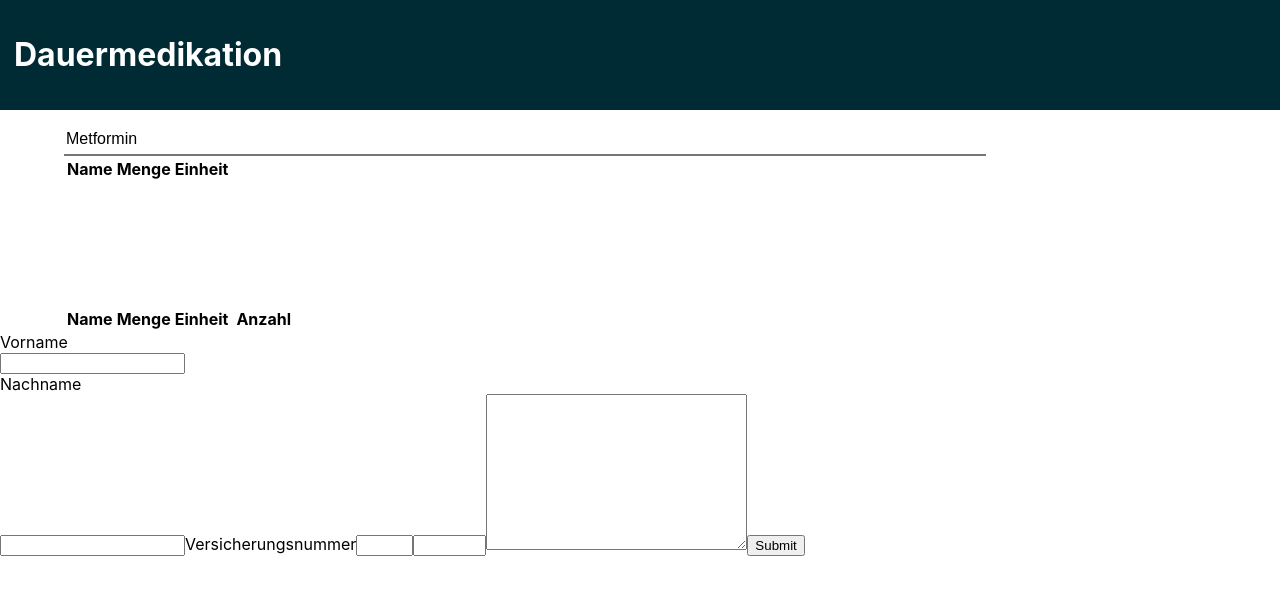
Repository: Esatollah/MedDemo
Page: / (app in client/)
The author's editor kept a copy of each file at every save. The page is drawn from the files as they stood at one save, then again after the next save.
The browser window is 1280 px wide. The pictures show the whole page.
The page's requests for data from a server got no answer. The project was rebuilt for these pictures with package versions that can differ from the ones it lists, and the page was loaded fresh each time. No one was signed in, and anything a server would have sent is missing. Also part of the build but not shown: client/src/App.css, client/src/Routes/Bestellungen.jsx.

Above is the page before, as saved 2022-06-10 10:24:12.

After the next save:
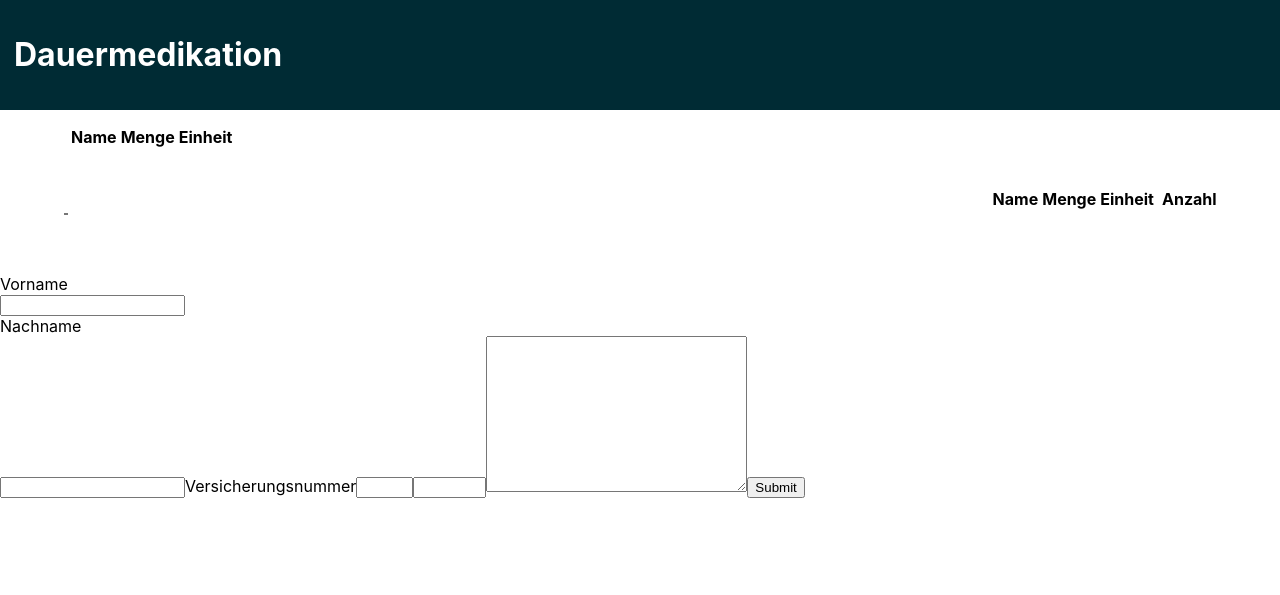
Saved 18 min 6 s later.
--- a/client/src/Styles/SearchStyles.js
+++ b/client/src/Styles/SearchStyles.js
@@ -34,10 +34,20 @@ export const SearchWrap = styled.div`
 .search-container {
     width: 90%;
     min-width: 90%;
+
+    @media(min-width: 800px) {
+        display:flex;
+        flex-flow: row nowrap;
+        align-items: center;
+
+    }
     .table-container {
         width :100%;
         height: 150px;
 
+         @media(min-width: 800px) {
+             width: 40%;
+         }
     }
 
 }
